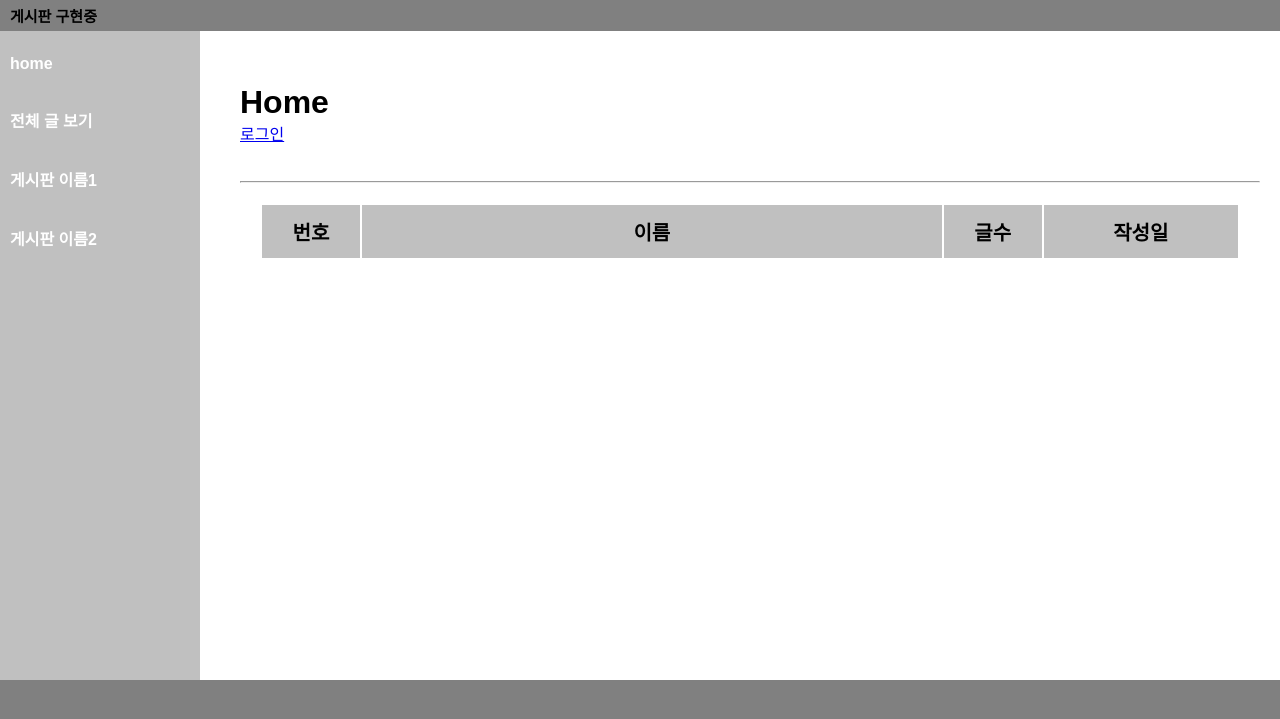
Repository: hyeon-jin-park/study
Page: work/internet_programing/Test_final/public/i.html
These files come from the project's save history. The page is drawn as it stood at one moment and after the next save; the edit follows.
The browser window is 1280 px wide. The pictures show the whole page.

Above is the page before, as saved 2025-03-14 06:58:07.

### work/internet_programing/Test_final/public/i.html
<!DOCTYPE html>
<html lang="ko">
<head>

    <meta charset="UTF-8">
    <meta name="viewport" content="width=device-width, initial-scale=1.0">
    <title>home.html</title>
	<link rel="stylesheet" href="layout.css">
	<link rel="stylesheet" href="board.css">
	<style>
	* { margin: 0; padding: 0; box-sizing: border-box; }
	body { font-family: Arial, sans-serif; }
	</style>

</head>


<body>

    <div class="header">
        <div class="header_name">게시판 구현중</div>



    </div>
    <div class="sidebar">
    	<ul class="sidebar">
    		<li><a href="home.html">home</a></li>
    		<li><a href="#">전체 글 보기</a></li>
    		<li><a href="#">게시판 이름1</a></li>
    		<li><a href="#">게시판 이름2</a></li>

    	</ul>
    </div>
    <div class="content">
    	<div class="board_title">
    		<h1>Home</h1>
    		<a href="#">로그인</a>
    	</div>
    	<br>
    	<br>
    	<hr>
    	<div class="board">
    		<table class="header_elements">
    			<tr style ="background-color: silver">
    				<th>번호</th>
    				<th>이름</th>
    				<th>글수</th>
    				<th>작성일</th>
    			</tr>
    		</table>
    	</div>
    </div>

    <div class="footer">
    	<h1></h1>
    </div>

</body>
</html>

### work/internet_programing/Test_final/public/layout.css
@charset "UTF-8";

.header {
            background-color: gray;
            color: black;
            padding: 5px 10px;
            display: flex;
            justify-content: space-between;
            align-items: center;
            width: 100%;
            position: fixed;
            z-index: 1000;
    		border-collapse: collapse;
    		table-layout: fixed;
        }

        .header_name {
            font-size: 15px;
            font-weight: bold;
        }

        .header_elements {
            list-style: none;
            display: flex;
        }

        .header_elements li {
            margin-left: 10px;
        }

        .header_elements a {
        	display: inline-block;
            text-decoration: none;
            font-size: 18px;
        }

        .header_elements a:hover {
            font-weight: bold;
        }

        .sidebar {
        	margin-top: 30px;
    		width: 200px;
    		background-color: silver;
    		color: black;
    		padding: 20px;
    		position: fixed;
    		height: 100vh;
    		top: 0;
    		left: 0;
		}

		.sidebar ul {
    		list-style: none;
    		padding: 0;
		}

		.sidebar ul li {
   		 margin: 15px 0;
		}

		.sidebar a {
    		text-decoration: none;
    		color: white;
   		    font-weight: bold;
   		 	display: block;
    		padding: 10px;
    		border-radius: 5px;
		}

		.sidebar a:hover {
    		background-color: #555;
		}


		.content {
			margin-top: 64px;
			position: fixed;
			z-index: 999;
    		margin-left: 220px;
    		padding: 20px;
		}

		.footer {
    		background-color: gray;
    		color: white;
    		text-align: center;
    		height: 40px;
    		padding: 5px 0;
    		position: fixed;
    		bottom: 0;
    		width: 100%;
    		z-index: 1000;
    		box-sizing: border-box;
		}

### work/internet_programing/Test_final/public/board.css
@charset "UTF-8";

.board {
	background-color: white;
	color: black;
	padding: 20px 20px;
	width: 100%;
}



.board th {
	padding: 12px;
    text-align: center;
    vertical-align: middle;
    font-size: 20px;
}

.board th:nth-child(1),
.board td:nth-child(1){
	width: 100px;
}
.board th:nth-child(2),
.board td:nth-child(2){
	width: 600px;
}
.board th:nth-child(3),
.board td:nth-child(3){
	width: 100px;
}
.board th:nth-child(4),
.board td:nth-child(4){
	width: 200px;
}

After the next save:
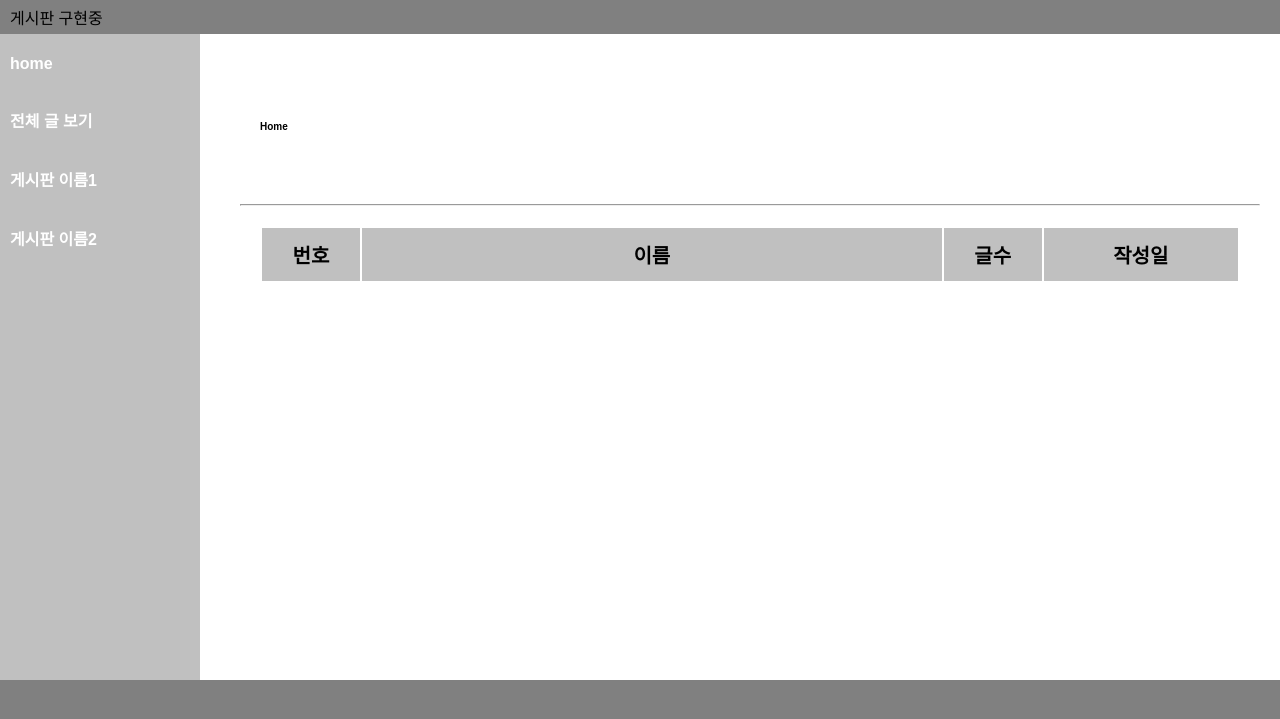
Saved 1 s later.
--- a/work/internet_programing/Test_final/public/layout.css
+++ b/work/internet_programing/Test_final/public/layout.css
@@ -14,29 +14,6 @@
     		table-layout: fixed;
         }
 
-        .header_name {
-            font-size: 15px;
-            font-weight: bold;
-        }
-
-        .header_elements {
-            list-style: none;
-            display: flex;
-        }
-
-        .header_elements li {
-            margin-left: 10px;
-        }
-
-        .header_elements a {
-        	display: inline-block;
-            text-decoration: none;
-            font-size: 18px;
-        }
-
-        .header_elements a:hover {
-            font-weight: bold;
-        }
 
         .sidebar {
         	margin-top: 30px;
@@ -80,6 +57,33 @@
     		margin-left: 220px;
     		padding: 20px;
 		}
+		.board_title{
+			margin:10px;
+			padding: 10px;
+			display: flex;
+            justify-content: space-between;
+            align-items: center;
+            width: 100%;
+		}
+		.board_title ul{
+			list-style: none;
+			padding:0;
+		}
+
+		.board_title a {
+    		text-decoration: none;
+    		color: white;
+   		    font-weight: bold;
+   		 	display: block;
+    		padding: 10px;
+    		border-radius: 5px;
+		}
+
+		.board_title h1{
+			font-size: 10px;
+
+		}
+
 
 		.footer {
     		background-color: gray;
